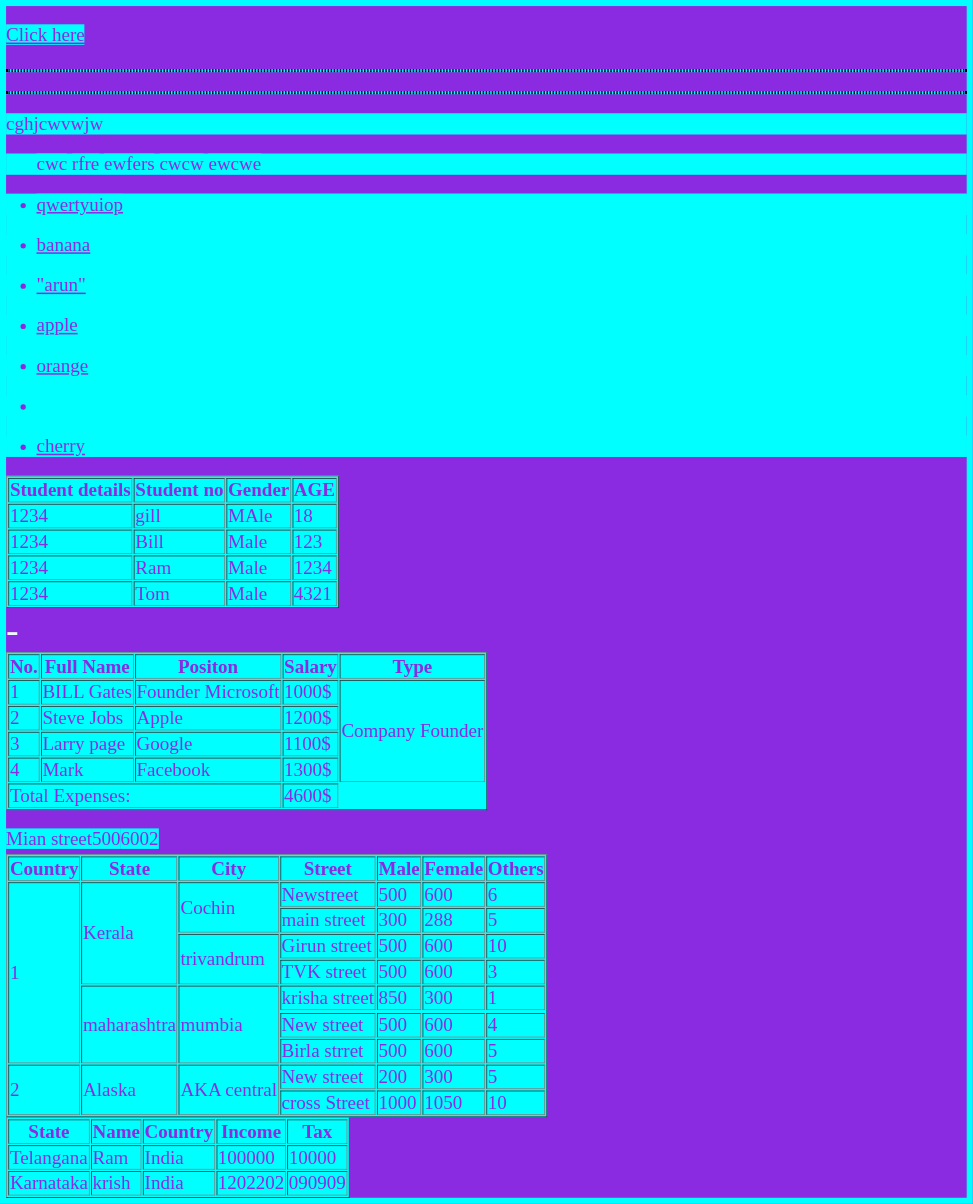
Repository: ARUN-YERRAM/HTMLLEARNING
Page: index.html
These files come from the project's save history. The page is drawn as it stood at one moment and after the next save; the edit follows.
The browser window is 1280 px wide. The pictures show the whole page, at 76% of full size.

Above is the page before, as saved 2023-12-25 16:09:13.

After the next save:
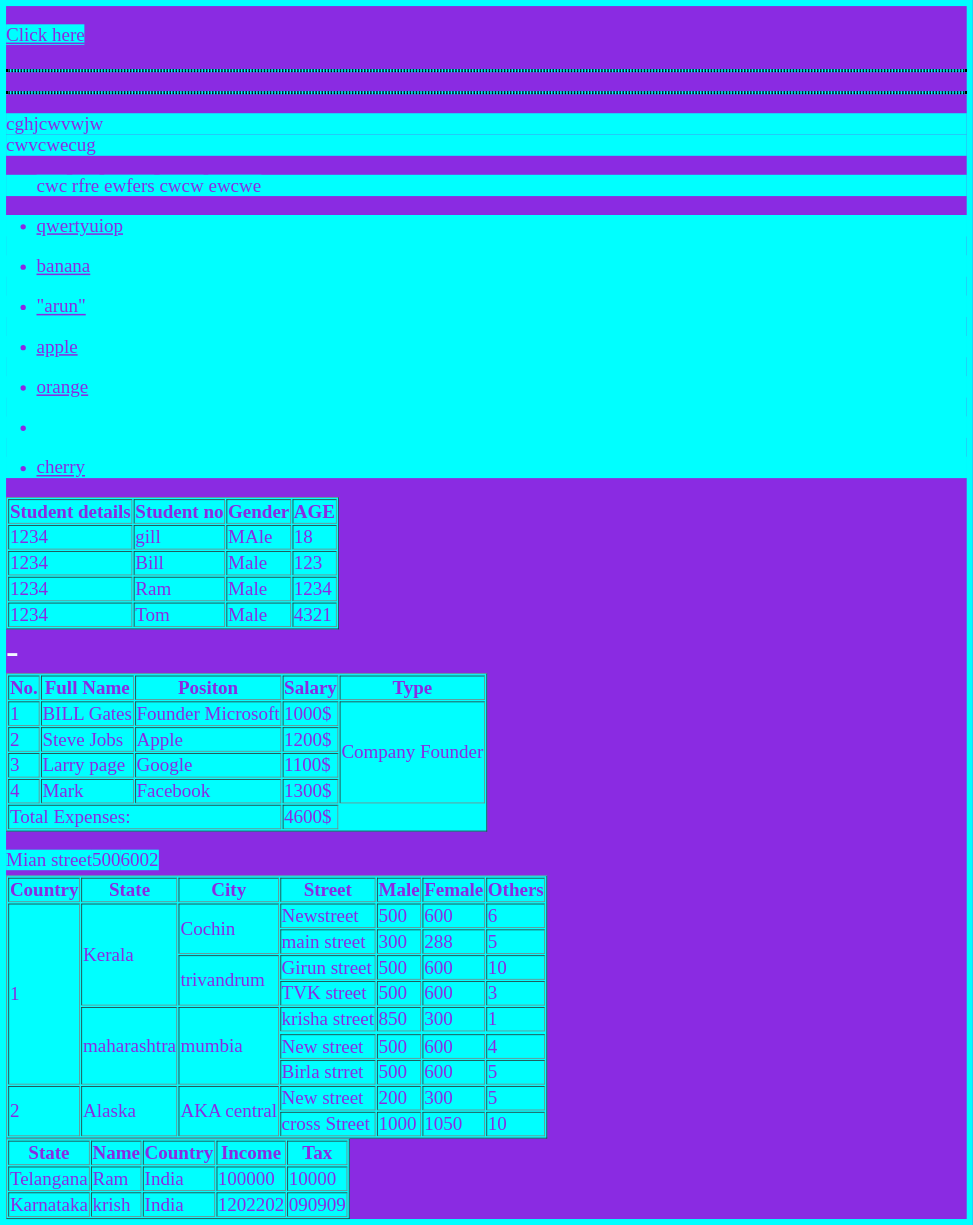
Saved 4 s later.
--- a/index.html
+++ b/index.html
@@ -17,7 +17,7 @@
 
     <p id="para1"></p>
     <article id="article1">cghjcwvwjw</article>
-    <section id="section1"></section>
+    <section id="section1">cwvcwecug</section>
     <section class="dog"></section>
     <article class="para1"></article>
 
